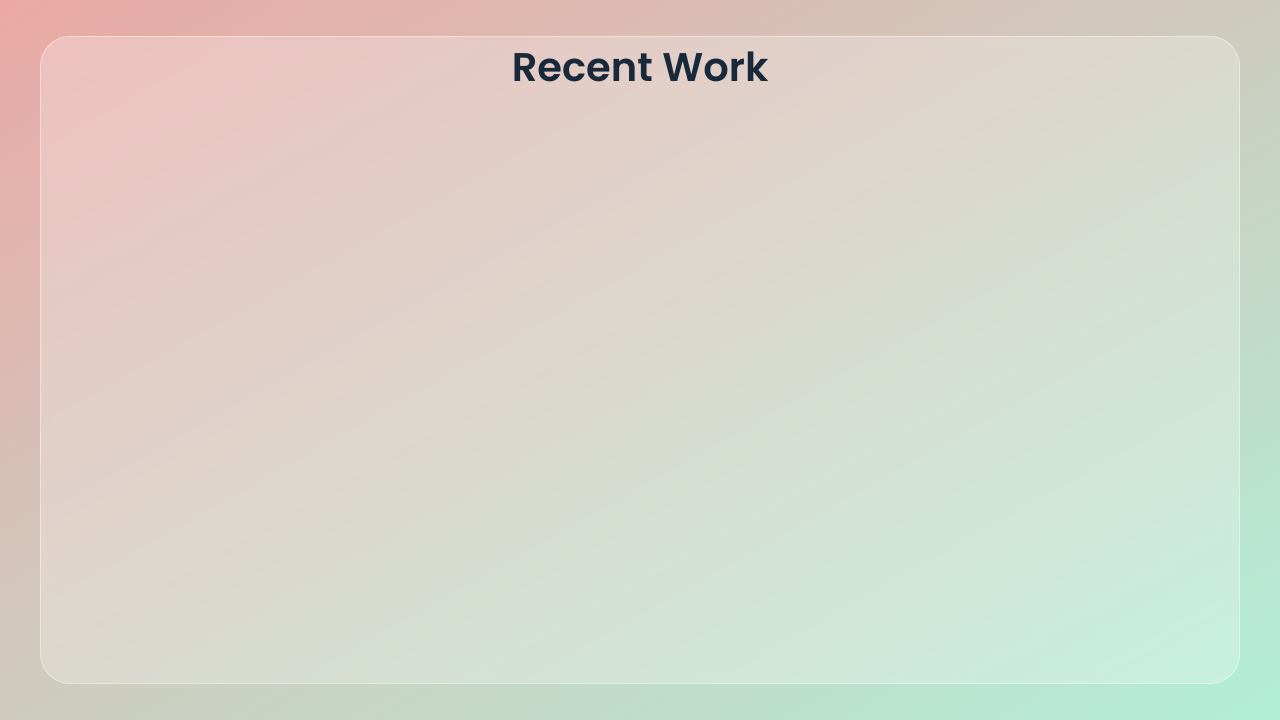
Repository: dewaary/Glassmorp-me
Page: index.html
These files come from the project's save history. The page is drawn as it stood at one moment and after the next save; the edit follows.
The browser window is 1280 px wide. The pictures show the whole page.

Above is the page before, as saved 2021-05-26 07:27:55.

After the next save:
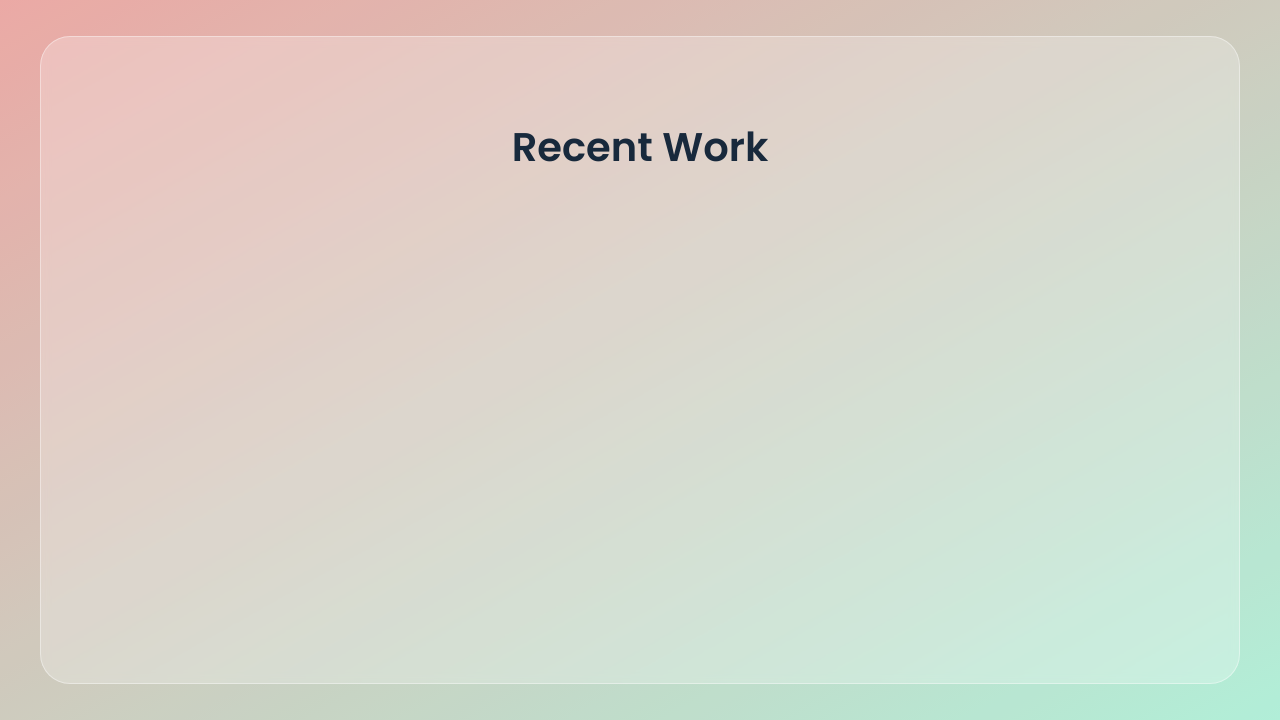
Saved 36 s later.
--- a/index.html
+++ b/index.html
@@ -133,7 +133,7 @@
         <!-- About Section End -->
 
         <!-- Portfolio Section -->
-        <section class="portfolio-section">
+        <section class="portfolio-section sec-padding">
             <div class="container">
                 <div class="row">
                     <div class="section-title">
